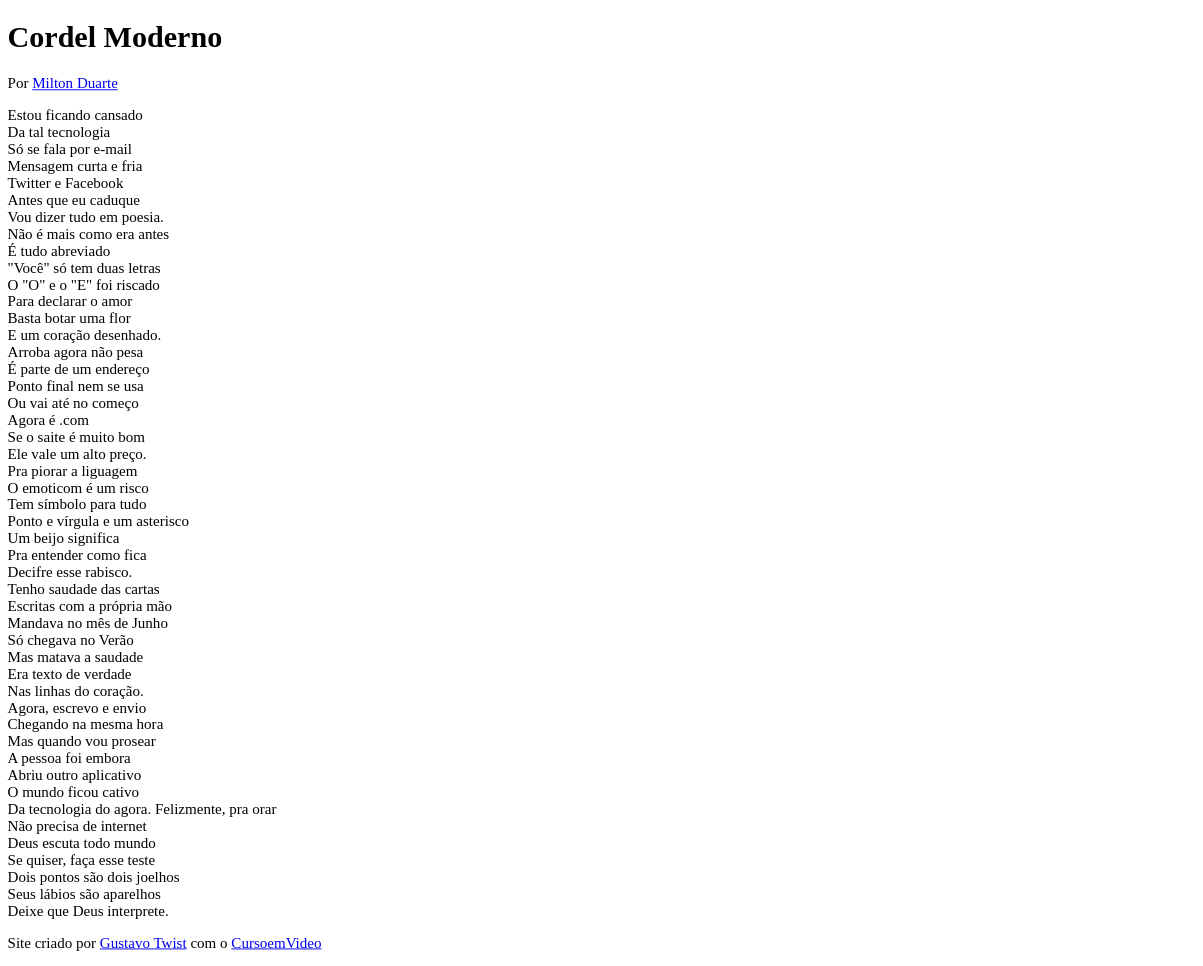
Repository: gustavotwist/projeto-cordel
Page: index.html
An editor plug-in stored every save of this project. The page is shown before and after the next save, followed by the edit.
The browser window is 1280 px wide. The pictures show the whole page, at 94% of full size.

Above is the page before, as saved 2024-04-15 21:44:16.

After the next save:
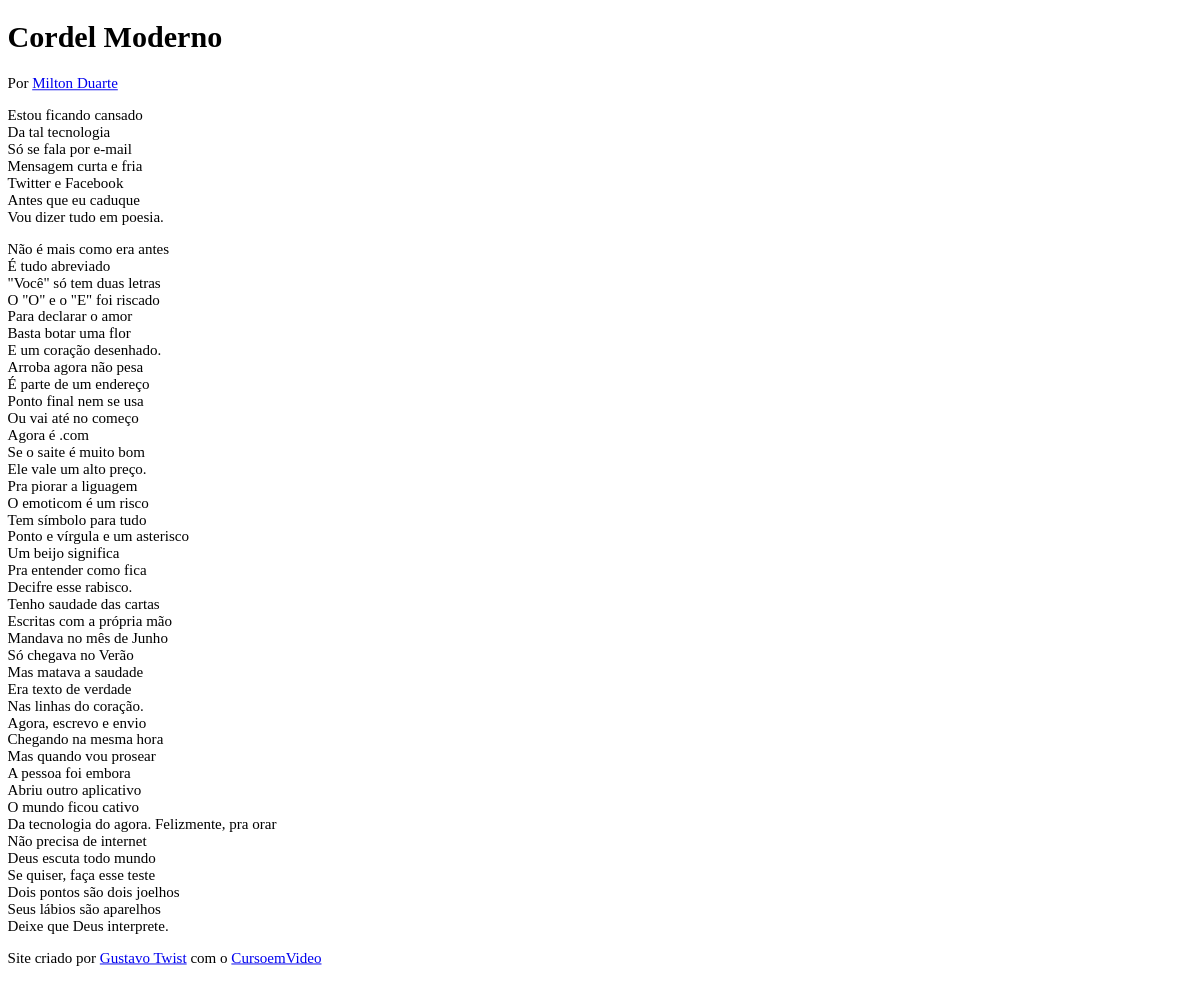
Saved 43 s later.
--- a/index.html
+++ b/index.html
@@ -16,13 +16,15 @@
     </header>
 
     <section>
-        Estou ficando cansado <br>
-        Da tal tecnologia <br>
-        Só se fala por e-mail <br>
-        Mensagem curta e fria <br>
-        Twitter e Facebook <br>
-        Antes que eu caduque <br>
-        Vou dizer tudo em poesia.
+        <p>
+            Estou ficando cansado <br>
+            Da tal tecnologia <br>
+            Só se fala por e-mail <br>
+            Mensagem curta e fria <br>
+            Twitter e Facebook <br>
+            Antes que eu caduque <br>
+            Vou dizer tudo em poesia.
+        </p>
     </section>
 
     <section>
